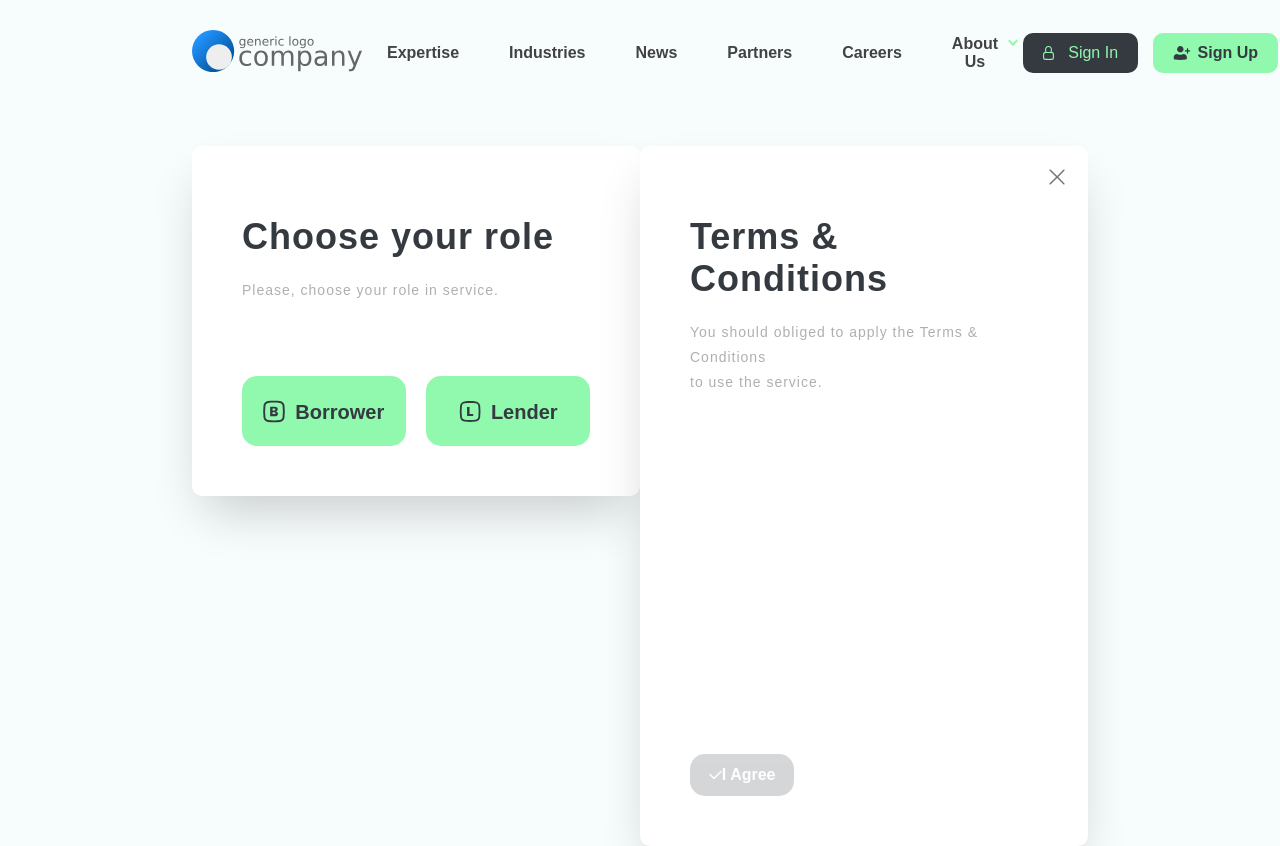
Repository: Andriy-Ma/widgetTask
Page: /
These files come from the project's save history. The page is drawn as it stood at one moment and after the next save; the edit follows.
The browser window is 1280 px wide. The pictures show the whole page.
The page's requests for data from a server got no answer. Some web fonts or font styles are not loaded; a fallback is used. The project was rebuilt for these pictures with package versions that can differ from the ones it lists, and the page was loaded fresh each time. No one was signed in, and anything a server would have sent is missing. Also part of the build but not shown: src/components/Main/SelectedRoleForm/selectedRoleForm.module.css, src/components/Main/SelectedRoleForm/selectedRoleForm.jsx.

Above is the page before, as saved 2022-08-30 12:43:01.

After the next save:
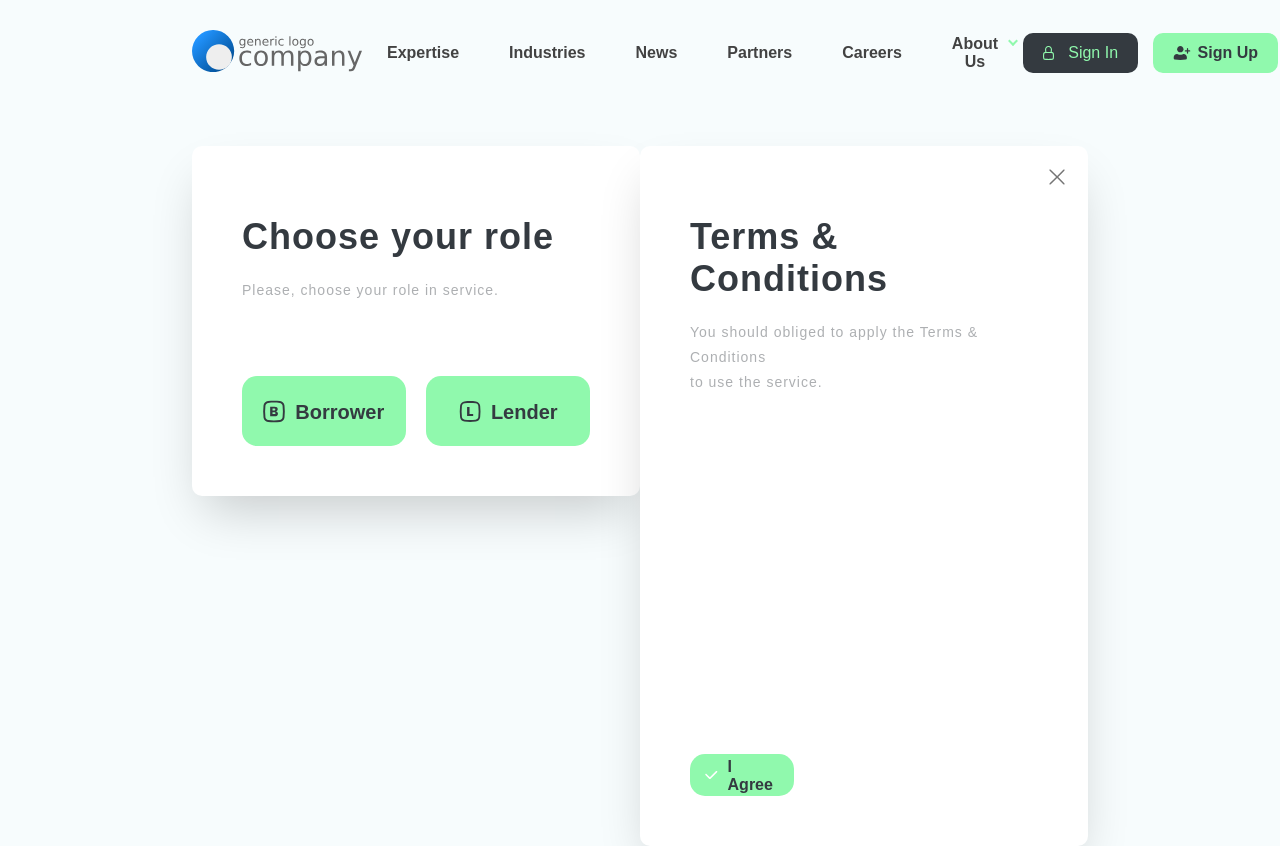
Saved 53 s later.
--- a/src/components/Main/ChooseForm/chooseForm.jsx
+++ b/src/components/Main/ChooseForm/chooseForm.jsx
@@ -57,9 +57,9 @@ function ChooseForm({getRole}) {
         <p className={styles.underText}>You should obliged to apply the Terms & Conditions <p> to use the service.</p></p>
       </div>
       <div dangerouslySetInnerHTML={{__html: initialText}} className={styles.scrollText} onScroll={handleScroll}/>
-      <div className={styles.check} >
+      <div className={scroll === 1177 ? styles.check : styles.checkActive} >
         <Checkmark className={styles.checkIcon}/>
-        <p className={scroll === 1177 ? styles.checkText : styles.checkTextActive}>I Agree</p>
+        <p className={styles.checkText}>I Agree</p>
       </div>
     </div>
     </>
